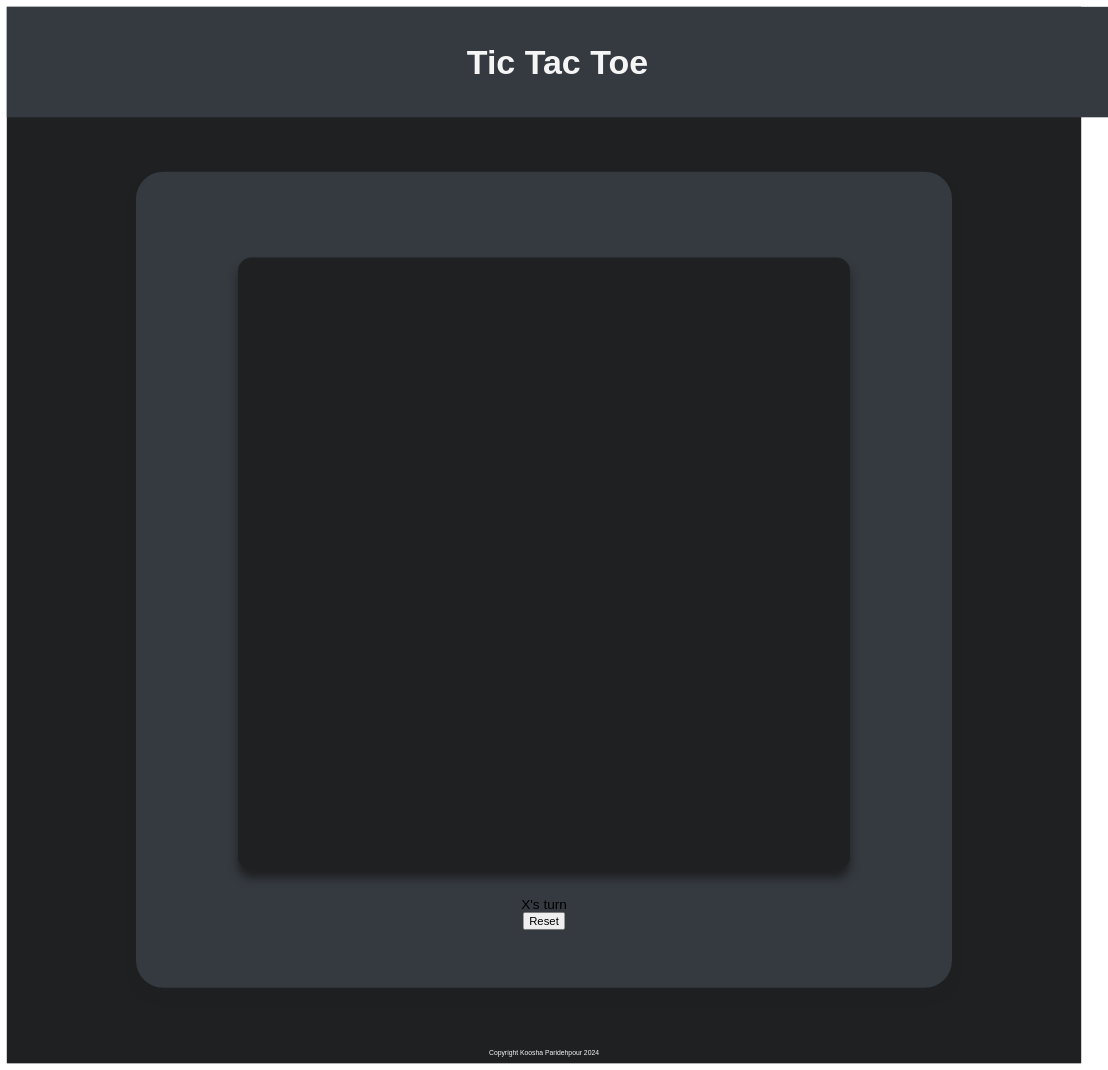
Repository: KooshaPari/odin-TTT
Page: index.html
These files come from the project's save history. The page is drawn as it stood at one moment and after the next save; the edit follows.
The browser window is 1280 px wide. The page is 1304 px wide, so the pictures cover 1304 px, including what lies to the right of the window. The pictures show the whole page, at 85% of full size.
The pointer rests on the first visible `#board`.

Above is the page before, as saved 2024-03-14 22:48:43.

### index.html
<!doctype html>
<html lang="en">
  <head>
    <meta charset="UTF-8" />

    <link rel="stylesheet" href="./style.css" />
    <meta name="viewport" content="width=device-width, initial-scale=1.0" />
    <title>Document</title>
  </head>
  <body>
    <div id="parent">
      <div id="header">
        <h1>Tic Tac Toe</h1>
      </div>
      <div id="body">
        <div id="game">
          <div id="board">
            <div class="square" id="0"></div>
            <div class="square" id="1"></div>
            <div class="square" id="2"></div>
            <div class="square" id="3"></div>
            <div class="square" id="4"></div>
            <div class="square" id="5"></div>
            <div class="square" id="6"></div>
            <div class="square" id="7"></div>
            <div class="square" id="8"></div>
          </div>
          <div id="status">X's turn</div>
          <button id="reset">Reset</button>
        </div>
      </div>
      <div id="footer">
        <p>Copyright Koosha Paridehpour 2024</p>
      </div>
    </div>
  </body>
</html>

### style.css
* {
  font-family: sans-serif;
}
#parent {
  background-color: #1f2022;
  width: 100%;
  height: 100%;
}
#header {
  background-color: #353a40;
  padding: 1.25%;
  width: 100%;
  height: 100%;
}
#header h1 {
  color: #f6f5f5;

  font-size: 2.5em;
}
#footer p {
  color: #f6f5f5;
  font-size: 0.5em;
}

#header,
#footer,
#body {
  display: flex;
  align-items: center;
  justify-content: center;
}
#title {
  color: #f6f5f5;
}
#body {
  flex-direction: column;
}
#game {
  display: flex;
  flex-direction: column;
  justify-content: center;
  align-items: center;
  background-color: #353a40;
  border-radius: 2em;
  margin: 5vw;
  box-shadow: 0px 10px 10px #1f2022;
  width: 75vw;
  height: 75vw;
  -webkit-border-radius: 2em;
  -moz-border-radius: 2em;
  -ms-border-radius: 2em;
  -o-border-radius: 2em;
}
#board {
  width: 75%;
  height: 75%;
  background-color: #1f2022;
  border-radius: 1em;
  margin: 2em;
  box-shadow: 0px 10px 10px #1f2022;
  -webkit-border-radius: 1em;
  -moz-border-radius: 1em;
  -ms-border-radius: 1em;
  -o-border-radius: 1em;
}

After the next save:
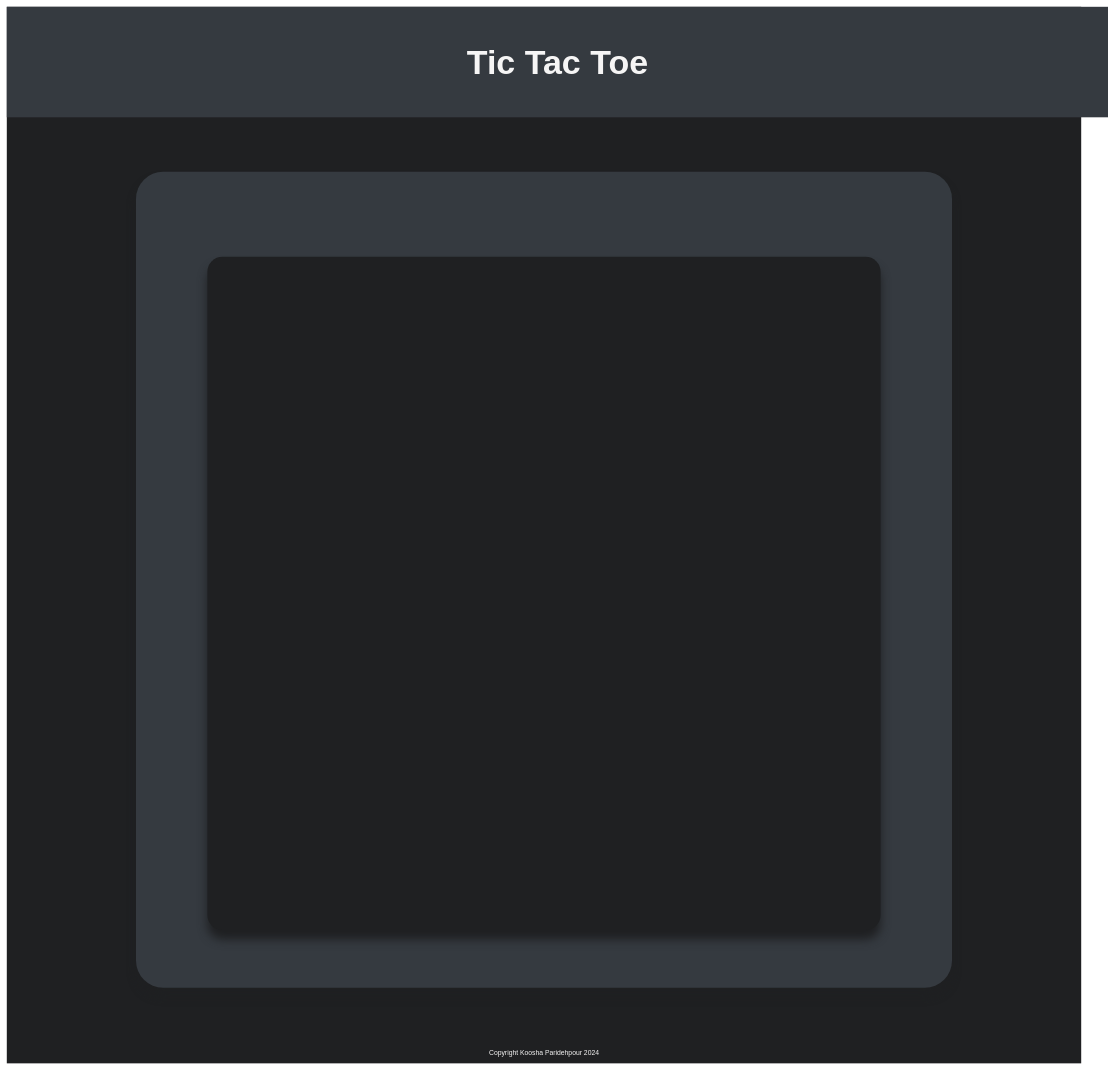
Saved 34 s later.
--- a/style.css
+++ b/style.css
@@ -63,3 +63,10 @@
   -ms-border-radius: 1em;
   -o-border-radius: 1em;
 }
+#board:hover {
+  transform: scale(1.1) translate(0, 2em);
+  -webkit-transform: scale(1.1) translate(0, 2em);
+  -moz-transform: scale(1.1) translate(0, 2em);
+  -ms-transform: scale(1.1) translate(0, 2em);
+  -o-transform: scale(1.1) translate(0, 2em);
+}
